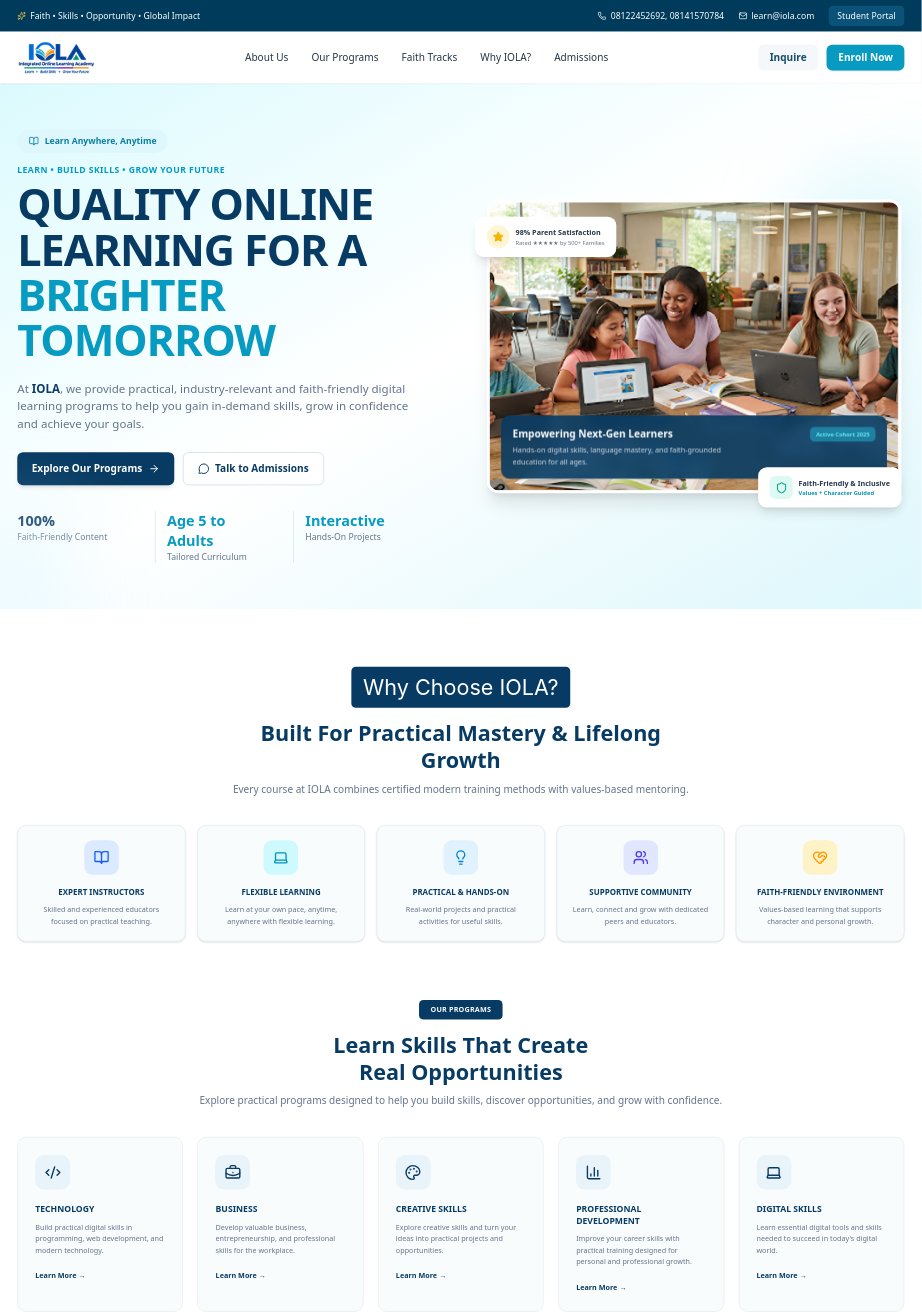
Repository: segunrotini/iola
Page: /
These files come from the project's save history. The page is drawn as it stood at one moment and after the next save; the edit follows.
The browser window is 1280 px wide. The pictures show the whole page, at 72% of full size.
The project was rebuilt for these pictures with package versions that can differ from the ones it lists, and the page was loaded fresh each time. Also part of the build but not shown: vite.config.ts.

Above is the page before, as saved 2026-09-29 15:14:25.

### index.html
<!doctype html>
<html lang="en">
  <head>
    <meta charset="UTF-8" />
    <link rel="icon" type="image/svg+xml" href="/favicon.svg" />
    <meta name="viewport" content="width=device-width, initial-scale=1.0" />
    <title>integrated-online-learning-academy</title>
  </head>
  <body>
    <div id="root"></div>
    <script type="module" src="/src/main.tsx"></script>
  </body>
</html>

### src/App.tsx


import Homepage from "./components/pages/public/Hompage";
function App() {
  return (
    <Homepage />
  )
}

export default App

### src/components/pages/public/Hompage.tsx
import Topbar from "../../home/topbar"
import Nav from "../../home/Nav"
import HeroSection from "../../home/Hero-section"
import WhyChooseUs from "../../home/WhyChooseUs"
import Programs from "../../home/Programs"
function Homepage() {
  return (
    <>


      <Topbar/>
      <Nav/>
      <HeroSection/>
      <WhyChooseUs/>
      <Programs/>
    </>
  )
}
export default Homepage

### src/components/home/topbar.tsx
import { Mail, Phone, Sparkles } from "lucide-react";

const TopBar = () => {
  return (
    <div className="bg-[#003B5C] text-white">
      <div className="mx-auto flex max-w-7xl flex-col gap-2 px-4 py-2 text-[10px] sm:flex-row sm:items-center sm:justify-between sm:px-6 sm:text-xs">
        <div className="flex items-center gap-1.5">
          <Sparkles size={12} className="text-[#F4C542]" />
          <span>Faith • Skills • Opportunity • Global Impact</span>
        </div>

        <div className="flex flex-col items-start gap-2 sm:flex-row sm:items-center sm:gap-5">
          <a
            href="tel:+2348122452692"
            className="flex items-center gap-1.5 transition hover:text-[#5DE1E6]"
          >
            <Phone size={12} />
            <span>08122452692, 08141570784</span>
          </a>

          <a
            href="mailto:learn@iola.com"
            className="flex items-center gap-1.5 transition hover:text-[#5DE1E6]"
          >
            <Mail size={12} />
            <span>learn@iola.com</span>
          </a>

          <a
            href="#student-portal"
            className="rounded-md bg-[#0B5278] px-3 py-1.5 font-medium transition hover:bg-[#08658F]"
          >
            Student Portal
          </a>
        </div>
      </div>
    </div>
  );
};

export default TopBar;

### src/components/home/Nav.tsx
import { Menu, X } from "lucide-react";
import { useState } from "react";
import logo from "../../assets/logo.png";

const Navbar = () => {
  const [isOpen, setIsOpen] = useState(false);

  return (
    <nav className="relative bg-white shadow-sm">
      <div className="mx-auto flex max-w-7xl items-center justify-between px-4 py-3 sm:px-6">
        <a href="/" className="flex items-center">
          <img

            src={logo}
            alt="logo"
            className="h-12 w-auto object-contain"
          />
        </a>

        <div className="hidden items-center gap-8 lg:flex">
          <a
            href="#about"
            className="text-sm font-medium text-[#263746] transition hover:text-[#008DB2]"
          >
            About Us
          </a>

          <a
            href="#programs"
            className="text-sm font-medium text-[#263746] transition hover:text-[#008DB2]"
          >
            Our Programs
          </a>

          <a
            href="#faith-tracks"
            className="text-sm font-medium text-[#263746] transition hover:text-[#008DB2]"
          >
            Faith Tracks
          </a>

          <a
            href="#why-iola"
            className="text-sm font-medium text-[#263746] transition hover:text-[#008DB2]"
          >
            Why IOLA?
          </a>

          <a
            href="#admissions"
            className="text-sm font-medium text-[#263746] transition hover:text-[#008DB2]"
          >
            Admissions
          </a>
        </div>

        <div className="hidden items-center gap-3 lg:flex">
          <a
            href="#inquire"
            className="rounded-lg bg-[#F4F8FA] px-4 py-2 text-sm font-semibold text-[#164A6B] transition hover:bg-[#E8F1F5]"
          >
            Inquire
          </a>

          <a
            href="#enroll"
            className="rounded-lg bg-[#079BC2] px-4 py-2 text-sm font-semibold text-white shadow-sm transition hover:bg-[#0789AB]"
          >
            Enroll Now
          </a>
        </div>

        <button
          type="button"
          onClick={() => setIsOpen(!isOpen)}
          className="rounded-lg p-2 text-[#003B5C] lg:hidden"
          aria-label="Toggle navigation"
        >
          {isOpen ? <X size={24} /> : <Menu size={24} />}
        </button>
      </div>

      {isOpen && (
        <div className="border-t border-gray-100 bg-white px-4 pb-5 pt-3 lg:hidden">
          <div className="flex flex-col gap-1">
            <a
              href="#about"
              onClick={() => setIsOpen(false)}
              className="rounded-lg px-3 py-3 text-sm font-medium text-[#263746] hover:bg-[#F4F8FA]"
            >
              About Us
            </a>

            <a
              href="#programs"
              onClick={() => setIsOpen(false)}
              className="rounded-lg px-3 py-3 text-sm font-medium text-[#263746] hover:bg-[#F4F8FA]"
            >
              Our Programs
            </a>

            <a
              href="#faith-tracks"
              onClick={() => setIsOpen(false)}
              className="rounded-lg px-3 py-3 text-sm font-medium text-[#263746] hover:bg-[#F4F8FA]"
            >
              Faith Tracks
            </a>

            <a
              href="#why-iola"
              onClick={() => setIsOpen(false)}
              className="rounded-lg px-3 py-3 text-sm font-medium text-[#263746] hover:bg-[#F4F8FA]"
            >
              Why IOLA?
            </a>

            <a
              href="#admissions"
              onClick={() => setIsOpen(false)}
              className="rounded-lg px-3 py-3 text-sm font-medium text-[#263746] hover:bg-[#F4F8FA]"
            >
              Admissions
            </a>

            <div className="mt-2 flex gap-3 border-t border-gray-100 pt-4">
              <a
                href="#inquire"
                className="flex-1 rounded-lg bg-[#F4F8FA] px-4 py-2.5 text-center text-sm font-semibold text-[#164A6B]"
              >
                Inquire
              </a>

              <a
                href="#enroll"
                className="flex-1 rounded-lg bg-[#079BC2] px-4 py-2.5 text-center text-sm font-semibold text-white"
              >
                Enroll Now
              </a>
            </div>
          </div>
        </div>
      )}
    </nav>
  );
};

export default Navbar;

### src/components/home/Hero-section.tsx
import {
    ArrowRight,
    BookOpen,
    Shield,
    MessageCircle,
    Star,
} from "lucide-react";
import student from "../../assets/student.png";

const Hero = () => {
    return (
        <section className="relative overflow-hidden bg-gradient-to-br from-[#A5F3FC66] via-white to-[#DDF7FC]">
            <div className="mx-auto max-w-7xl px-4 py-12 sm:px-6 lg:py-16">
                <div className="grid items-center gap-10 lg:grid-cols-2 lg:gap-16">
                    <div>
                        <div className="mb-4 inline-flex items-center gap-2 rounded-full bg-[#DDF7FC] px-4 py-2 text-xs font-semibold text-[#087EA4]">
                            <BookOpen size={14} />
                            Learn Anywhere, Anytime
                        </div>

                        <p className="mb-2 text-xs font-bold uppercase tracking-wider text-[#009BC2]">
                            Learn • Build Skills • Grow Your Future
                        </p>

                        <h1 className="max-w-2xl text-4xl font-extrabold leading-[1.05] tracking-tight text-[#073B63] sm:text-5xl lg:text-6xl">
                            QUALITY ONLINE
                            <br />
                            LEARNING FOR A
                            <br />
                            <span className="text-[#079BC2]">BRIGHTER</span>
                            <br />
                            <span className="text-[#079BC2]">TOMORROW</span>
                        </h1>

                        <p className="mt-6 max-w-xl text-sm leading-6 text-[#64748B] sm:text-base">
                            At <span className="font-bold text-[#0E3B68]">IOLA</span>, we provide practical, industry-relevant and
                            faith-friendly digital learning programs to help you gain
                            in-demand skills, grow in confidence and achieve your goals.
                        </p>

                        <div className="mt-7 flex flex-wrap gap-3">
                            <a
                                href="#programs"
                                className="inline-flex items-center gap-2 rounded-lg bg-[#073B63] px-5 py-3 text-sm font-semibold text-white shadow-md transition hover:bg-[#052E4E]"
                            >
                                Explore Our Programs
                                <ArrowRight size={16} />
                            </a>

                            <a
                                href="#admissions"
                                className="inline-flex items-center gap-2 rounded-lg border border-[#C9DCE5] bg-white px-5 py-3 text-sm font-semibold text-[#073B63] transition hover:bg-[#F5FAFC]"
                            >
                                <MessageCircle size={16} />
                                Talk to Admissions
                            </a>
                        </div>

                        <div className="mt-9 grid max-w-xl grid-cols-3 divide-x divide-[#D8E7ED]">
                            <div className="pr-4">
                                <p className="text-xl font-extrabold text-[#0E3B68]">100%</p>
                                <p className="text-[10px] font-medium text-[#64748B] sm:text-xs">
                                    Faith-Friendly Content
                                </p>
                            </div>

                            <div className="px-4">
                                <p className="text-xl font-extrabold text-[#079BC2]">
                                    Age 5 to <br />
                                    Adults
                                </p>
                                <p className="text-[10px] font-medium text-[#64748B] sm:text-xs">
                                    Tailored Curriculum
                                </p>
                            </div>

                            <div className="pl-4">
                                <p className="text-xl font-extrabold text-[#079BC2]">
                                    Interactive
                                </p>
                                <p className="text-[10px] font-medium text-[#64748B] sm:text-xs">
                                    Hands-On Projects
                                </p>
                            </div>
                        </div>
                    </div>

                    <div className="relative mx-auto w-full max-w-xl">
                        <div className="absolute -right-8 -top-8 h-40 w-40 rounded-full bg-[#BDF3FA] opacity-60 blur-3xl" />

                        <div className="relative">
                            <div className="absolute -left-4 top-6 z-10 rounded-xl bg-white px-4 py-3 shadow-lg">
                                <div className="flex items-center gap-2">
                                    <div className="flex h-8 w-8 items-center justify-center rounded-full bg-[#FFF4D6]">
                                        <Star size={16} className="fill-[#F4B400] text-[#F4B400]" />
                                    </div>

                                    <div>
                                        <p className="text-[10px] font-bold text-[#263746]">
                                            98% Parent Satisfaction
                                        </p>
                                        <p className="text-[8px] text-[#64748B]">
                                            Rated ★★★★★ by 500+ Families
                                        </p>
                                    </div>
                                </div>
                            </div>

                            <div className="overflow-hidden rounded-2xl border-4 border-white bg-white shadow-xl">
                                <img
                                    src={student}
                                    alt="student"
                                    className="h-[330px] w-full object-cover sm:h-[400px]"
                                />

                                <div className="absolute bottom-5 left-5 right-5 rounded-xl bg-[#073B63]/90 p-4 text-white backdrop-blur-sm">
                                    <div className="flex items-start justify-between gap-4">
                                        <div>
                                            <p className="text-sm font-bold">
                                                Empowering Next-Gen Learners
                                            </p>

                                            <p className="mt-1 max-w-xs text-[10px] leading-4 text-white/80">
                                                Hands-on digital skills, language mastery, and faith-grounded
                                                education for all ages.
                                            </p>
                                        </div>

                                        <div className="shrink-0 rounded-md bg-[#22D3EE66] px-2 py-1 text-[8px] font-semibold text-[#67E8F9]">
                                            Active Cohort 2025
                                        </div>
                                    </div>
                                </div>
                            </div>

                            <div className="absolute -bottom-5 -right-3 flex items-center gap-2 rounded-xl bg-white px-4 py-3 shadow-lg sm:right-0">
                                <div className="flex h-8 w-8 items-center justify-center rounded-lg bg-[#DDF9F4]">
                                    <Shield size={17} className="text-[#0BA58D]" />
                                </div>

                                <div>
                                    <p className="text-[10px] font-bold text-[#263746]">
                                        Faith-Friendly & Inclusive
                                    </p>
                                    <p className="text-[8px] text-[#0891B2] font-bold">
                                        Values + Character Guided
                                    </p>
                                </div>
                            </div>
                        </div>
                    </div>
                </div>
            </div>

            <div className="absolute -bottom-20 -left-20 h-48 w-48 rounded-full bg-[#D8F5FF] opacity-60 blur-3xl" />
        </section>
    );
};

export default Hero;

### src/components/home/WhyChooseUs.tsx
import {
  BookOpen,
  HeartHandshake,
  Laptop,
  Lightbulb,
  Users,
} from "lucide-react";

const features = [
  {
    icon: BookOpen,
    title: "EXPERT INSTRUCTORS",
    description:
      "Skilled and experienced educators focused on practical teaching.",
    iconBg: "bg-blue-100",
    iconColor: "text-blue-600",
  },
  {
    icon: Laptop,
    title: "FLEXIBLE LEARNING",
    description:
      "Learn at your own pace, anytime, anywhere with flexible learning.",
    iconBg: "bg-cyan-100",
    iconColor: "text-cyan-600",
  },
  {
    icon: Lightbulb,
    title: "PRACTICAL & HANDS-ON",
    description:
      "Real-world projects and practical activities for useful skills.",
    iconBg: "bg-sky-100",
    iconColor: "text-sky-600",
  },
  {
    icon: Users,
    title: "SUPPORTIVE COMMUNITY",
    description:
      "Learn, connect and grow with dedicated peers and educators.",
    iconBg: "bg-indigo-100",
    iconColor: "text-indigo-600",
  },
  {
    icon: HeartHandshake,
    title: "FAITH-FRIENDLY ENVIRONMENT",
    description:
      "Values-based learning that supports character and personal growth.",
    iconBg: "bg-amber-100",
    iconColor: "text-amber-500",
  },
];

const WhyChooseUs = () => {
  return (
    <section  className="bg-white py-16 sm:py-20">
      <div className="mx-auto max-w-7xl px-4 sm:px-6">
        <div className="mx-auto max-w-2xl text-center">
          <span className="inline-flex items-center rounded-md bg-[#073B63] px-4 py-1.5 text-[30px]  text-white font-[inter]">
            Why Choose IOLA?
          </span>

          <h2 className="mt-4 text-2xl font-extrabold leading-tight text-[#073B63] sm:text-3xl">
            Built For Practical Mastery & Lifelong
            <br className="hidden sm:block" />
            Growth
          </h2>

          <p className="mt-3 text-xs leading-5 text-[#64748B] sm:text-sm">
            Every course at IOLA combines certified modern training methods
            with values-based mentoring.
          </p>
        </div>

        <div className="mt-10 grid gap-4 sm:grid-cols-2 lg:grid-cols-5">
          {features.map((feature) => {
            const Icon = feature.icon;

            return (
              <div
                key={feature.title}
                className="rounded-xl border border-[#E4EDF2] bg-[#F9FCFD] p-5 text-center shadow-sm transition duration-300 hover:-translate-y-1 hover:shadow-md"
              >
                <div
                  className={`mx-auto flex h-12 w-12 items-center justify-center rounded-xl ${feature.iconBg}`}
                >
                  <Icon size={22} className={feature.iconColor} />
                </div>

                <h3 className="mt-4 text-[11px] font-extrabold leading-4 text-[#073B63]">
                  {feature.title}
                </h3>

                <p className="mt-2 text-[10px] leading-4 text-[#64748B]">
                  {feature.description}
                </p>
              </div>
            );
          })}
        </div>
      </div>
    </section>
  );
};

export default WhyChooseUs;

### src/components/home/Programs.tsx

import {
  Code2,
  BriefcaseBusiness,
  Palette,
  BarChart3,
  Laptop,
} from "lucide-react";

const programs = [
  {
    icon: Code2,
    title: "TECHNOLOGY",
    description:
      "Build practical digital skills in programming, web development, and modern technology.",
  },
  {
    icon: BriefcaseBusiness,
    title: "BUSINESS",
    description:
      "Develop valuable business, entrepreneurship, and professional skills for the workplace.",
  },
  {
    icon: Palette,
    title: "CREATIVE SKILLS",
    description:
      "Explore creative skills and turn your ideas into practical projects and opportunities.",
  },
  {
    icon: BarChart3,
    title: "PROFESSIONAL DEVELOPMENT",
    description:
      "Improve your career skills with practical training designed for personal and professional growth.",
  },
  {
    icon: Laptop,
    title: "DIGITAL SKILLS",
    description:
      "Learn essential digital tools and skills needed to succeed in today's digital world.",
  },
];

const Programs = () => {
  return (

      <div className="mx-auto max-w-7xl px-4 sm:px-6">
        <div className="mx-auto max-w-3xl text-center">
          <span className="inline-flex items-center rounded-md bg-[#073B63] px-4 py-1.5 text-[10px] font-bold uppercase tracking-wide text-white">
            Our Programs
          </span>

          <h2 className="mt-4 text-2xl font-extrabold leading-tight text-[#073B63] sm:text-3xl">
            Learn Skills That Create
            <br className="hidden sm:block" />
            Real Opportunities
          </h2>

          <p className="mt-3 text-xs leading-5 text-[#64748B] sm:text-sm">
            Explore practical programs designed to help you build skills,
            discover opportunities, and grow with confidence.
          </p>
        </div>

        <div className="mt-10 grid gap-5 sm:grid-cols-2 lg:grid-cols-5">
          {programs.map((program) => {
            const Icon = program.icon;

            return (
              <div
                key={program.title}
                className="group rounded-xl border border-[#E4EDF2] bg-[#F9FCFD] p-6 transition duration-300 hover:-translate-y-1 hover:shadow-lg"
              >
                <div className="flex h-12 w-12 items-center justify-center rounded-xl bg-[#E8F3FA]">
                  <Icon
                    size={23}
                    className="text-[#073B63] transition duration-300 group-hover:scale-110"
                  />
                </div>

                <h3 className="mt-5 text-xs font-extrabold leading-4 text-[#073B63]">
                  {program.title}
                </h3>

                <p className="mt-2 text-[10px] leading-4 text-[#64748B]">
                  {program.description}
                </p>

                <button className="mt-5 text-[10px] font-bold text-[#073B63] transition hover:text-[#0B6EA8]">
                  Learn More →
                </button>
              </div>
            );
          })}
        </div>
      </div>

  );
};

export default Programs;

Loaded but not shown: src/main.tsx (common file); src/index.css (common file)

After the next save:
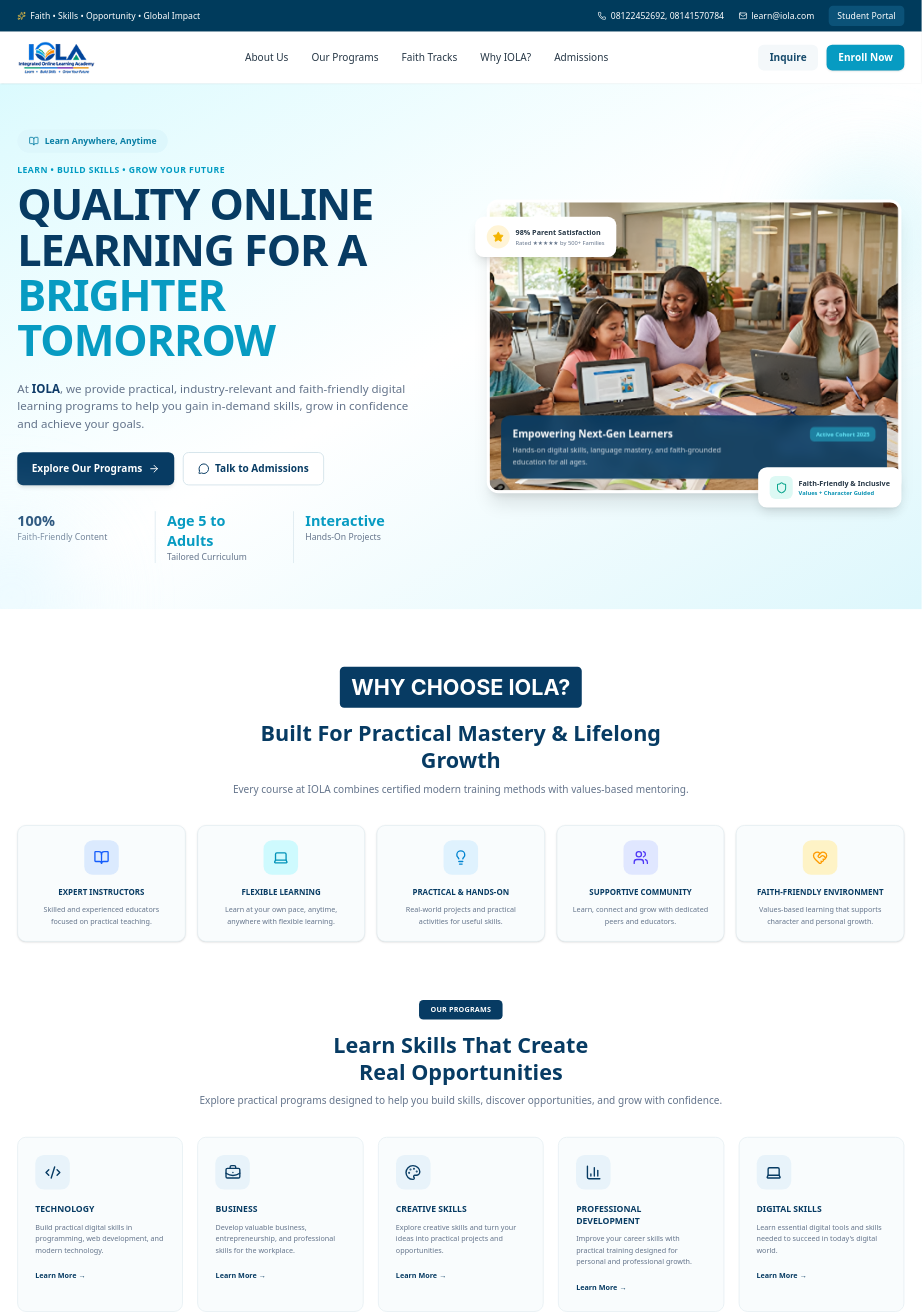
Saved 50 s later.
--- a/src/components/home/WhyChooseUs.tsx
+++ b/src/components/home/WhyChooseUs.tsx
@@ -54,8 +54,8 @@
     <section  className="bg-white py-16 sm:py-20">
       <div className="mx-auto max-w-7xl px-4 sm:px-6">
         <div className="mx-auto max-w-2xl text-center">
-          <span className="inline-flex items-center rounded-md bg-[#073B63] px-4 py-1.5 text-[30px]  text-white font-[inter]">
-            Why Choose IOLA?
+          <span className="inline-flex items-center rounded-md bg-[#073B63] px-4 py-1.5 text-[30px] font-bold text-white font-[inter]">
+            WHY CHOOSE IOLA?
           </span>
 
           <h2 className="mt-4 text-2xl font-extrabold leading-tight text-[#073B63] sm:text-3xl">
